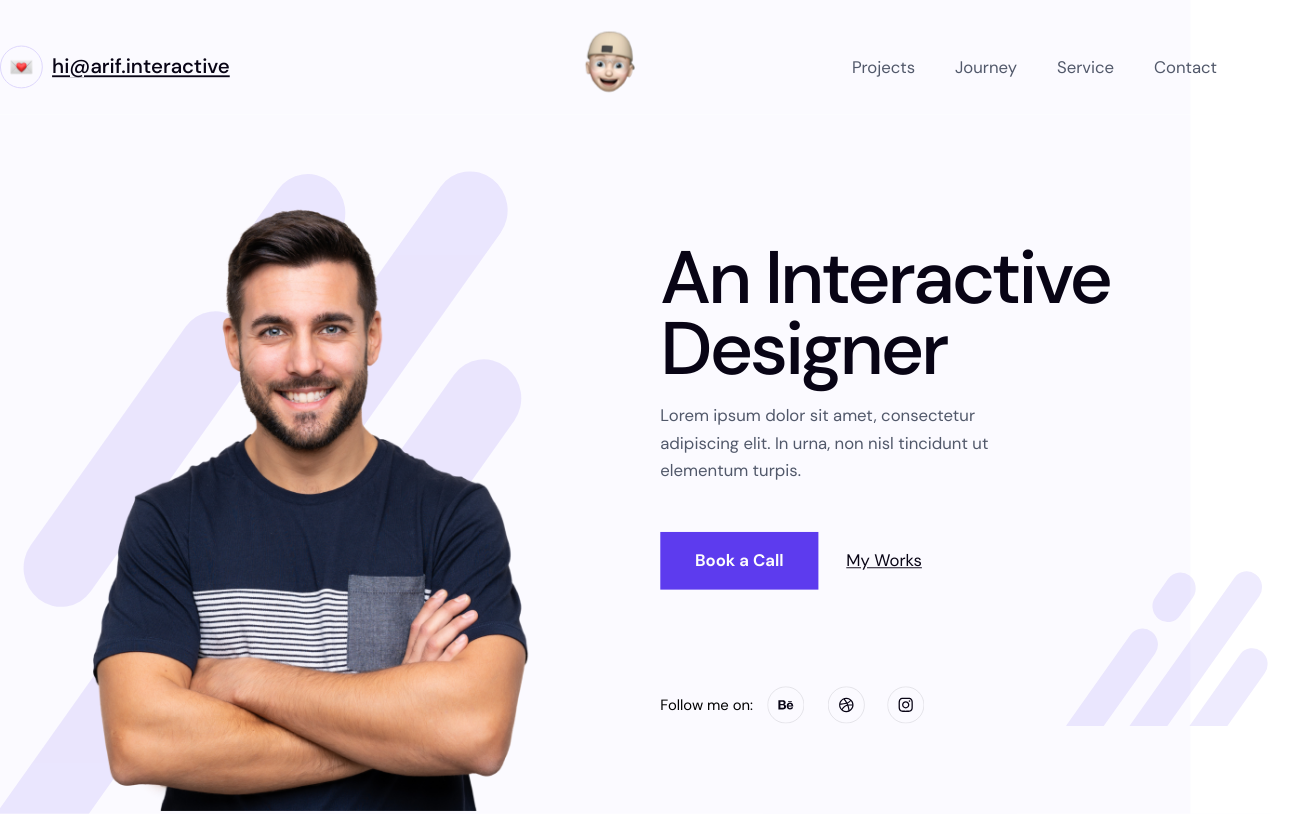
Repository: trantangtuan/project-06-grid-system12column-demo
Page: index.html
These files come from the project's save history. The page is drawn as it stood at one moment and after the next save; the edit follows.
The browser window is 1280 px wide. The page is 1410 px wide, so the pictures cover 1410 px, including what lies to the right of the window. The pictures show the whole page, at 93% of full size.

Above is the page before, as saved 2024-07-13 21:18:17.

After the next save:
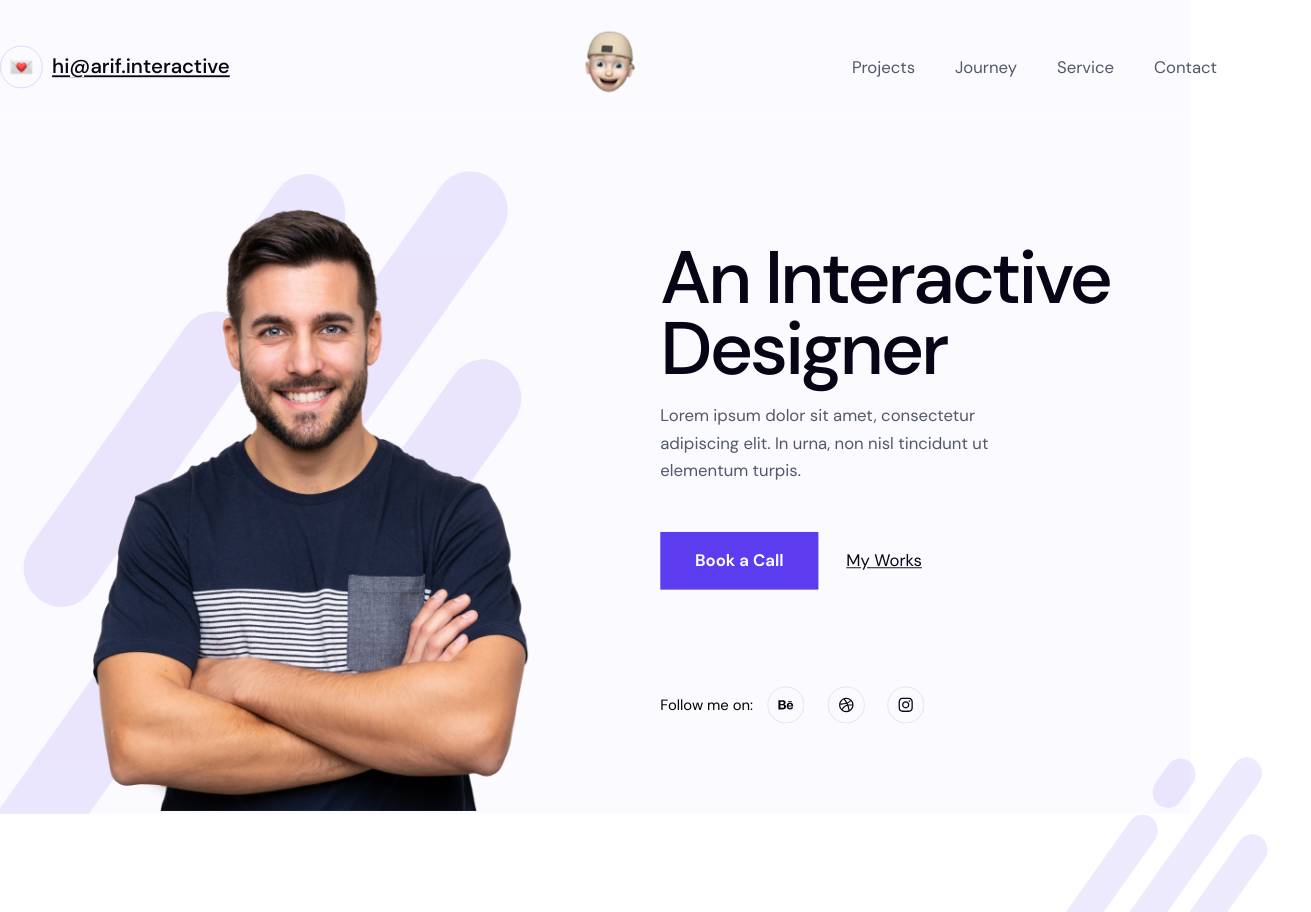
Saved 60 s later.
--- a/assets/css/style.css
+++ b/assets/css/style.css
@@ -196,7 +196,7 @@ a {
 
 .group-rectangle__right {
   position: absolute;
-  bottom: 0;
+  bottom: -200px;
   z-index: -1;
   right: -200px;
 }
